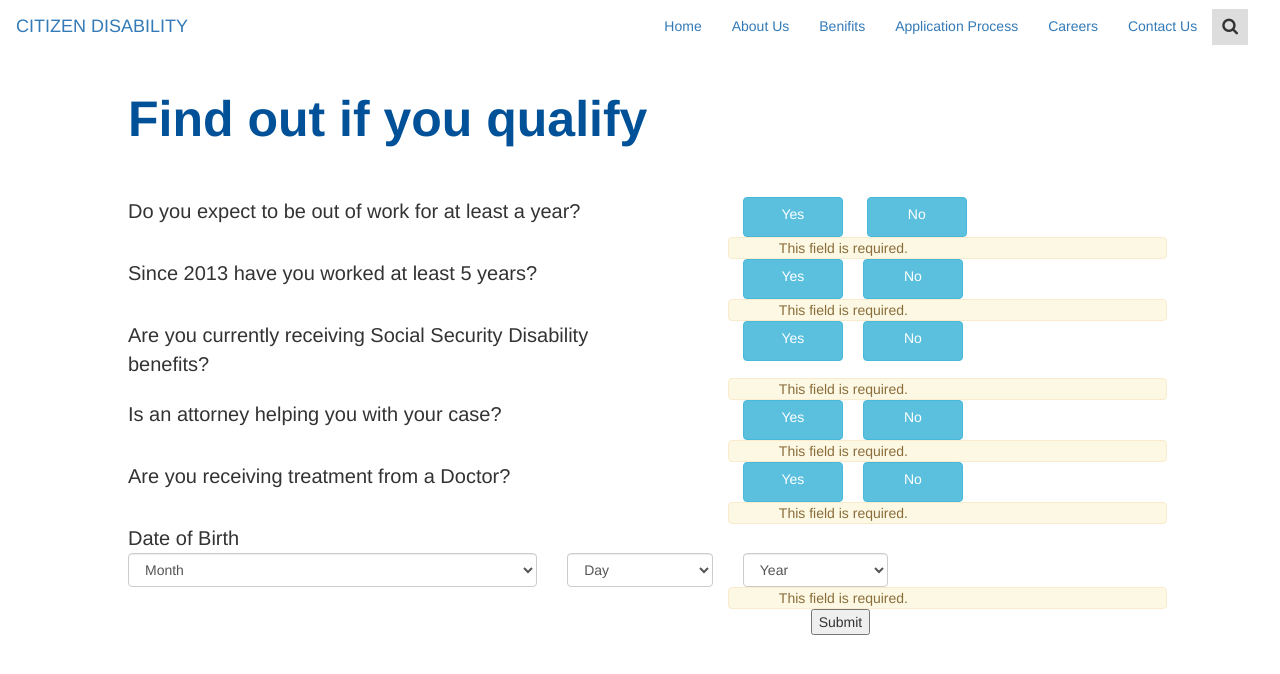
Repository: welcome0605/Embed-html-integrate-with-API
Page: Home.html
These files come from the project's save history. The page is drawn as it stood at one moment and after the next save; the edit follows.
The browser window is 1280 px wide. The pictures show the whole page.

Above is the page before, as saved 2019-04-27 17:27:30.

### Home.html
<!DOCTYPE html>
<html lang="en">
<head>
  <title>CITIZEN DISABILITY</title>
  <meta charset="utf-8">
  <meta name="viewport" content="width=device-width, initial-scale=1">
  <link rel="stylesheet" href="https://maxcdn.bootstrapcdn.com/bootstrap/3.4.0/css/bootstrap.min.css">
  <script src="https://ajax.googleapis.com/ajax/libs/jquery/3.3.1/jquery.min.js"></script>
  <script src="https://maxcdn.bootstrapcdn.com/bootstrap/3.4.0/js/bootstrap.min.js"></script>
  <link rel = "stylesheet" type = "text/css" href = "./css/base.css" />
  <link rel="stylesheet" href="https://cdnjs.cloudflare.com/ajax/libs/font-awesome/4.7.0/css/font-awesome.min.css">
  <script src="https://ajax.googleapis.com/ajax/libs/jquery/3.3.1/jquery.min.js"></script>
  <script>
    $(document).ready(function() {
      // console.log("this");
      $('#month').append("<option value='Jan'>Jan</option>");
    });
  </script>
</head>
<body>

<nav class="navbar navbar-info">
  <div class="container-fluid">
    <div class="navbar-header">
      <a class="navbar-brand" href="Home.html">CITIZEN DISABILITY</a>
    </div>
    <ul class="nav navbar-nav div_right">
      <li class="active"><a href="Home.html">Home</a></li>
      <li><a href="About Us.html">About Us</a></li>
      <li><a href="Benifits.html">Benifits</a></li>
      <li><a href="Application Process.html">Application Process</a></li>
      <li><a href="Careers.html">Careers</a></li>
      <li><a href="Contact Us.html">Contact Us</a></li>
      <!-- <input type="text" placeholder="Search.." name="search"> -->
      <button type="button"><i class="fa fa-search"></i></button>
    </ul>
  </div>
</nav>

<div class="container">
  <!-- <h3>Basic Navbar Example1</h3>
  <p>A navigation bar is a navigation header that is placed at the top of the page.</p> -->
  <form method="POST">
    <!-- <div class="div_entire"> -->
      <div class="row"><h2 class="title">Find out if you qualify</h2></div>
      <div class="row radio_buttons" >
        <div class="row">
          <div class="col-md-6 div_label">Do you expect to be out of work for at least a year?</div>
          <div class="col-md-1"></div>
          <div class="col-md-5 " data-toggle="buttons">
            <label class="btn btn-info radio_q"><input type="radio"  value="Yes"  class="form_input valid" >Yes</label>
            <label class="btn btn-info radio_q"><input type="radio"  value="No"  class="form_input valid" >No</label>
          </div>
        </div>
        <div class="row">
          <div class="col-md-7"></div>
          <div class="alert alert-warning col-md-5 alert1">
            This field is required.
          </div>
        </div>
      </div>

      <div class="row radio_buttons" >
        <div class="row">
          <div class="col-md-6 div_label">Since 2013 have you worked at least 5 years?</div>
          <div class="col-md-1"></div>
          <div class="col-md-5 btn-group-toggle" data-toggle="buttons">
            <label class="btn btn-info radio_q"><input type="radio"  value="Yes"  class="form_input valid" >Yes</label>
            <label class="btn btn-info radio_q"><input type="radio"  value="No"  class="form_input valid" >No</label>
          </div>
        </div>
        <div class="row">
          <div class="col-md-7"></div>
          <div class="alert alert-warning col-md-5 alert2">
            This field is required.
          </div>
        </div>
      </div>

      <div class="row radio_buttons" >
        <div class="row">
          <div class="col-md-6 div_label">Are you currently receiving Social Security Disability benefits?</div>
          <div class="col-md-1"></div>
          <div class="col-md-5 btn-group-toggle" data-toggle="buttons">
            <label class="btn btn-info radio_q"><input type="radio"  value="Yes"  class="form_input valid" >Yes</label>
            <label class="btn btn-info radio_q"><input type="radio"  value="No"  class="form_input valid" >No</label>
          </div>
        </div>
        <div class="row">
          <div class="col-md-7"></div>
          <div class="alert alert-warning col-md-5 alert3">
            This field is required.
          </div>
        </div>
      </div>
      <div class="row radio_buttons" >
        <div class="row">
          <div class="col-md-6 div_label">Is an attorney helping you with your case?</div>
          <div class="col-md-1"></div>
          <div class="col-md-5 btn-group-toggle" data-toggle="buttons">
            <label class="btn btn-info radio_q"><input type="radio"  value="Yes"  class="form_input valid" >Yes</label>
            <label class="btn btn-info radio_q"><input type="radio"  value="No"  class="form_input valid" >No</label>
          </div>
        </div>
        <div class="row">
          <div class="col-md-7"></div>
          <div class="alert alert-warning col-md-5 alert4">
            This field is required.
          </div>
        </div>
      </div>
      <div class="row radio_buttons" >
        <div class="row">
          <div class="col-md-6 div_label">Are you receiving treatment from a Doctor?</div>
          <div class="col-md-1"></div>
          <div class="col-md-5 btn-group-toggle" data-toggle="buttons">
            <label class="btn btn-info radio_q"><input type="radio"  value="Yes"  class="form_input valid" >Yes</label>
            <label class="btn btn-info radio_q"><input type="radio"  value="No"  class="form_input valid" >No</label>
          </div>
        </div>
        <div class="row">
          <div class="col-md-7"></div>
          <div class="alert alert-warning col-md-5 alert5">
            This field is required.
          </div>
        </div>
      </div>
      <div class="row">
        <div class="row">
          <div class="col-md-6 div_label">Date of Birth</div>
          <div class="col-md-6"></div>
        </div>
        <div class="row">
          <div class="col-md-5">
            <select class="form-control" id="month">
              <option value="month">Month</option>
              <option value="Jan">Jan</option>
              <option value="Feb">Feb</option>
              <option value="Mar">Mar</option>
              <option value="Apr">Apr</option>
              <option value="May">May</option>
              <option value="Jun">Jun</option>
              <option value="Jly">Jly</option>
              <option value="Aug">Aug</option>
              <option value="Sep">Sep</option>
              <option value="Oct">Oct</option>
              <option value="Nov">Nov</option>
              <option value="Dec">Dec</option>
            </select>
          </div>
          <div class="col-md-2">
            <select class="form-control" id="day">
              <option value="day">Day</option>
            </select>
          </div>
          <div class="col-md-2">
            <select class="form-control" id="year">
              <option value="year">Year</option>
            </select>
          </div>
        </div>
        <div class="row">
          <div class="col-md-7"></div>
          <div class="alert alert-warning col-md-5 alert5">
            This field is required.
          </div>
        </div>
      </div>
      <div class="row">
        <div class="col-md-8"></div>
        <input type="submit" class="btn_sub">
        <div></div>
      </div>
      <!-- <input type="submit" value="Submit"> -->
    <!-- </div> -->
  </form>
</div>

</body>
</html>

### css/base.css
navbar-default .navbar-nav>.active>a, .navbar-default .navbar-nav>.active>a:focus, .navbar-default .navbar-nav>.active>a:hover {
    background-color: #005197 !important;
    color: white;
}

.navbar-default .navbar-nav>li>a {
    color: black;
    font-size: 20px;
}

.div_right input[type=text] {
    padding: 6px;
    margin-top: 8px;
    font-size: 17px;
    border: none;
}

.div_right button {
    float: right;
    padding: 6px 10px;
    margin-top: 8px;
    margin-right: 16px;
    background: #ddd;
    font-size: 17px;
    border: none;
    cursor: pointer;
}

.div_right {
    float: right;
}

/* .radio_buttons {
    display: inline-flex;
} */

.div_label {
    font-size: 20px;
    /* margin-right: 500px; */
}

.btn-group-toggle {
    display: inline-flex;
}

.radio_q {
    width: 500px;
    margin-right: 20px;
    width: 100px;
    height: 40px;
}

/* .radio_q {
    background: #D2D3D5 !important;
}

.radio_q:active {
    background: #85898C !important;
}

.radio_q::after {
    background: #85898C !important;
} */

.title {
    color: #005197;
    font-weight: 700;
    margin-bottom: 50px;
    font-size: 50px;
}

.container {
    margin: auto 10% auto 10% !important;
    width: 80%;
}

.alert {
    padding: 0 0 0 50px;
    margin-bottom: 0;
}

After the next save:
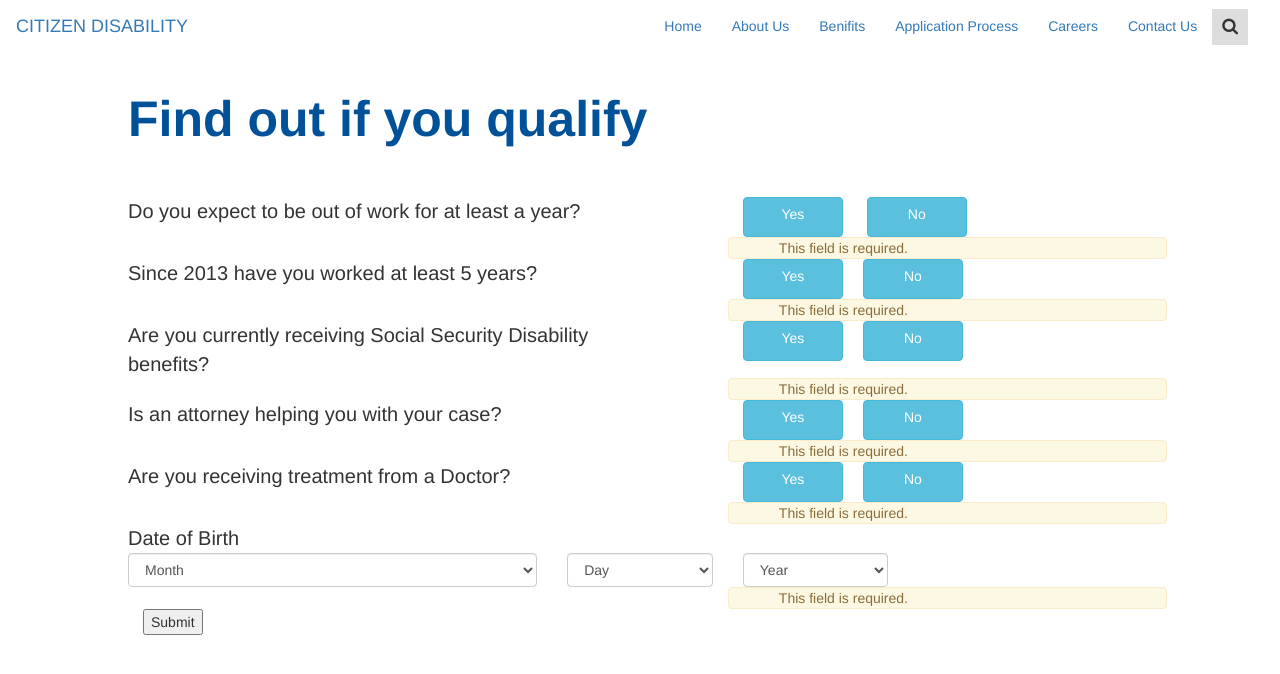
Saved 4 s later.
--- a/Home.html
+++ b/Home.html
@@ -167,8 +167,8 @@
         </div>
       </div>
       <div class="row">
-        <div class="col-md-8"></div>
-        <input type="submit" class="btn_sub">
+        <div class="col-md-8"><input type="submit" class="btn_sub"></div>
+
         <div></div>
       </div>
       <!-- <input type="submit" value="Submit"> -->

After the save that followed:
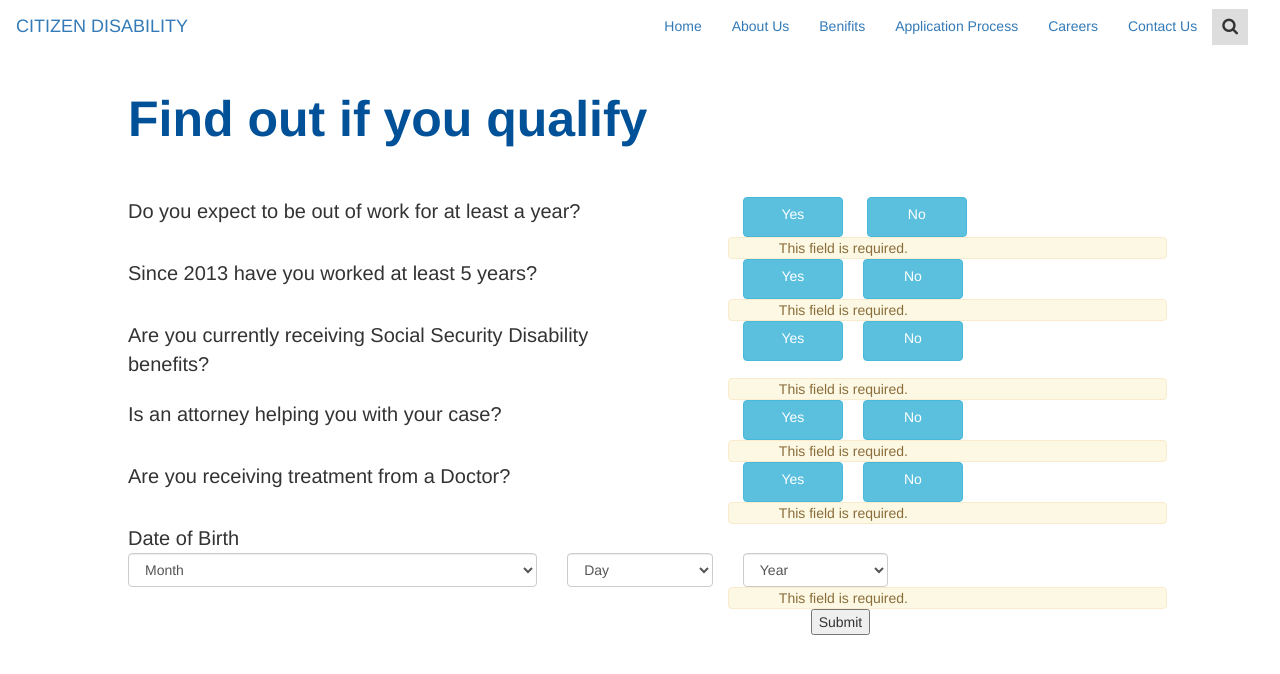
Saved 5 s later.
--- a/Home.html
+++ b/Home.html
@@ -167,9 +167,9 @@
         </div>
       </div>
       <div class="row">
-        <div class="col-md-8"><input type="submit" class="btn_sub"></div>
+        <div class="col-md-8"></div>
 
-        <div></div>
+        <div><input type="submit" class="btn_sub"></div>
       </div>
       <!-- <input type="submit" value="Submit"> -->
     <!-- </div> -->
